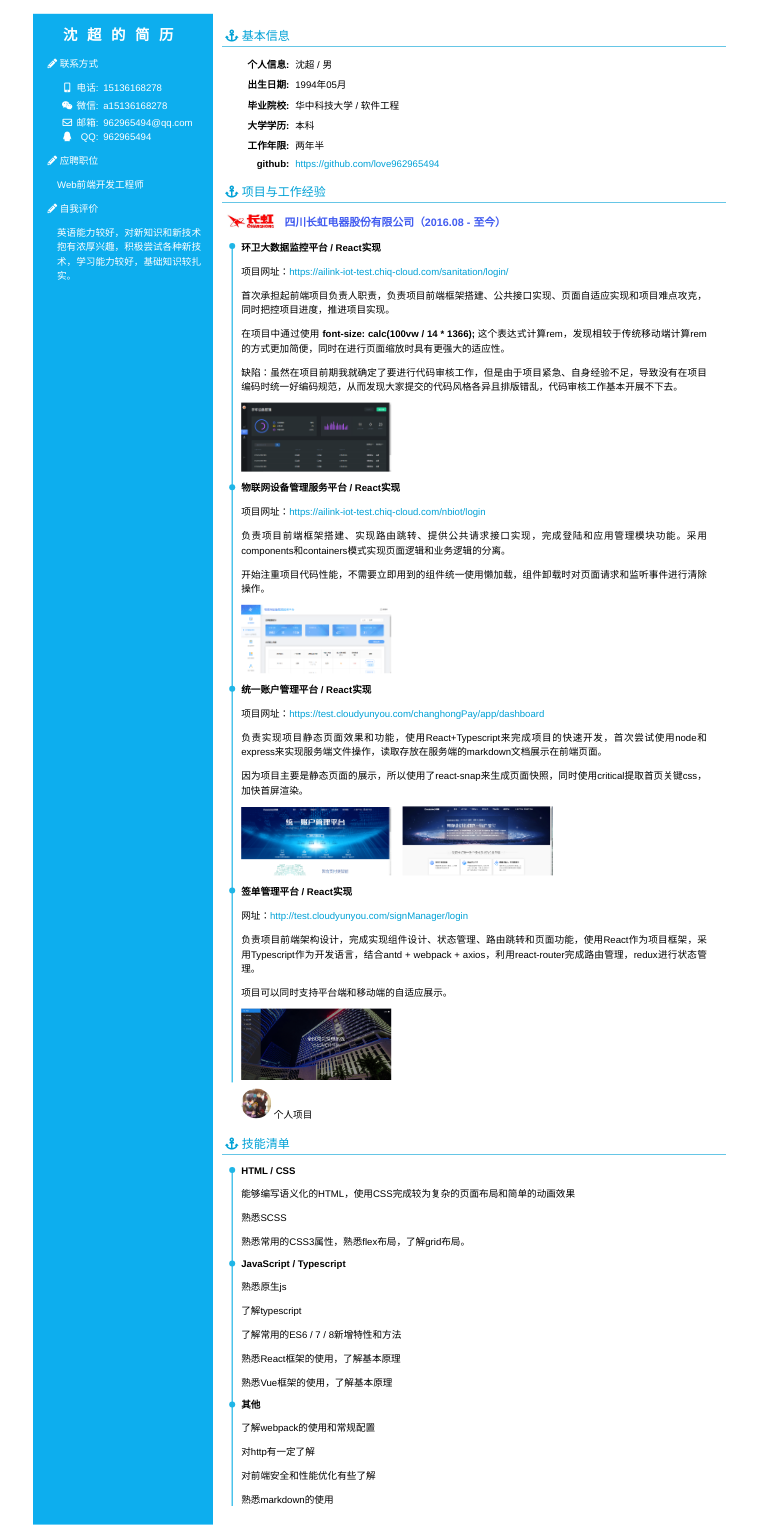
Repository: love962965494/my-resume
Page: index.html
These files come from the project's save history. The page is drawn as it stood at one moment and after the next save; the edit follows.
The browser window is 1280 px wide. The pictures show the whole page, at 60% of full size.
Some web libraries are served in a nearby version. The style sheet was rebuilt from its Sass, Less or Tailwind sources for each picture, by a compiler version that may differ from the author's.

Above is the page before, as saved 2019-03-27 15:00:09.

### index.html
<!DOCTYPE html>
<html lang="en">

<head>
  <meta charset="UTF-8">
  <meta name="viewport" content="width=device-width, initial-scale=1.0">
  <meta http-equiv="X-UA-Compatible" content="ie=edge">
  <title>沈超的简历</title>
  <link rel="stylesheet" href="https://use.fontawesome.com/releases/v5.0.10/css/all.css"
    integrity="sha384-+d0P83n9kaQMCwj8F4RJB66tzIwOKmrdb46+porD/OvrJ+37WqIM7UoBtwHO6Nlg" crossorigin="anonymous">
  <link rel="stylesheet" href="./styles/myResume.css">
</head>

<body>
  <div id="container" class="container">
    <!-- 左边栏 -->
    <aside class="content__left">
      <!-- 头像区域 -->
      <div class="content__left--title">
        <h1>沈超的简历</h1>
      </div>

      <!-- 联系方式区域 -->
      <div class="content__left--contact">
        <div class="title">
          <i class="fas fa-pencil-alt"></i>
          <span>联系方式</span>
        </div>
        <ul class="list">
          <li>
            <span>
              <i class="fas fa-mobile-alt"></i>
            </span>
            <span>电话:</span>
            <span>15136168278</span>
          </li>
          <li>
            <span>
              <i class="fab fa-weixin"></i>
            </span>
            <span>微信:</span>
            <span>a15136168278</span>
          </li>
          <li>
            <span>
              <i class="far fa-envelope"></i>
            </span>
            <span>邮箱:</span>
            <span>962965494@qq.com</span>
          </li>
          <li>
            <span>
              <i class="fab fa-qq"></i>
            </span>
            <span>QQ:</span>
            <span>962965494</span>
          </li>
        </ul>
      </div>

      <!-- 应聘职位区域 -->
      <div class="content__left--application">
        <span class="title">
          <i class="fas fa-pencil-alt"></i>
          <span>应聘职位</span>
        </span>
        <p class="job">Web前端开发工程师</p>
      </div>

      <!-- 个人评价区域 -->
      <div class="content__left--evaluation">
        <span class="title">
          <i class="fas fa-pencil-alt"></i>
          <span>自我评价</span>
        </span>
        <p class="evaluate">英语能力较好，对新知识和新技术抱有浓厚兴趣，积极尝试各种新技术，学习能力较好，基础知识较扎实。</p>
      </div>
    </aside>

    <!-- 右边栏 -->
    <div class="content__right">
      <!-- 基本信息 -->
      <div class="content__right--basic">
        <div class="header">
          <i class="fas fa-anchor"></i>
          <span>基本信息</span>
        </div>
        <ul class="list">
          <li>
            <span>个人信息:</span>
            <span>沈超 / 男</span>
          </li>
          <li>
            <span>出生日期:</span>
            <span>1994年05月</span>
          </li>
          <li>
            <span>毕业院校:</span>
            <span>华中科技大学 / 软件工程</span>
          </li>
          <li>
            <span>大学学历:</span>
            <span>本科</span>
          </li>
          <li>
            <span>工作年限:</span>
            <span>两年半</span>
          </li>
          <li>
            <span>github:</span>
            <span><a href="https://github.com/love962965494" target="_blank">https://github.com/love962965494</a></span>
          </li>
        </ul>
      </div>

      <!-- 项目经验 -->
      <div class="content__right--experience">
        <div class="header">
          <i class="fas fa-anchor"></i>
          <span>项目与工作经验</span>
        </div>
        <ul class="list">
          <li>
            <div class="work-type company">
              <img src="./image/changhong.jpg" alt="长虹Logo">
              <span>四川长虹电器股份有限公司（2016.08 - 至今）</span>
            </div>
            <ul class="work-experience-list">
              <li class="work__item">
                <div class="work__item--name">环卫大数据监控平台 / React实现</div>
                <div class="work__item--info">
                  <p>项目网址：<a target="_blank"
                      href="https://ailink-iot-test.chiq-cloud.com/sanitation/login/">https://ailink-iot-test.chiq-cloud.com/sanitation/login/</a>
                  </p>
                  <p>首次承担起前端项目负责人职责，负责项目前端框架搭建、公共接口实现、页面自适应实现和项目难点攻克，同时把控项目进度，推进项目实现。</p>
                  <p>在项目中通过使用 <strong>font-size: calc(100vw / 14 * 1366);</strong>
                    这个表达式计算rem，发现相较于传统移动端计算rem的方式更加简便，同时在进行页面缩放时具有更强大的适应性。
                  </p>
                  <p>缺陷：虽然在项目前期我就确定了要进行代码审核工作，但是由于项目紧急、自身经验不足，导致没有在项目编码时统一好编码规范，从而发现大家提交的代码风格各异且排版错乱，代码审核工作基本开展不下去。</p>
                </div>
                <div class="work__item--picture">
                  <img src="./image/sanitation.png" alt="环卫大数据监控平台实现效果图">
                </div>
              </li>
              <li class="work__item">
                <div class="work__item--name">物联网设备管理服务平台 / React实现</div>
                <div class="work__item--info">
                  <p>项目网址：<a target="_blank"
                      href="https://ailink-iot-test.chiq-cloud.com/nbiot/login">https://ailink-iot-test.chiq-cloud.com/nbiot/login</a>
                  </p>
                  <p>负责项目前端框架搭建、实现路由跳转、提供公共请求接口实现，完成登陆和应用管理模块功能。采用components和containers模式实现页面逻辑和业务逻辑的分离。</p>
                  <p>开始注重项目代码性能，不需要立即用到的组件统一使用懒加载，组件卸载时对页面请求和监听事件进行清除操作。</p>
                </div>
                <div class="work__item--picture">
                  <img src="./image/manage.png" alt="物联网设备管理服务平台实现效果图">
                </div>
              </li>
              <li class="work__item">
                <div class="work__item--name">统一账户管理平台 / React实现</div>
                <div class="work__item--info">
                  <p>项目网址：<a target="_blank"
                      href="https://test.cloudyunyou.com/changhongPay/app/dashboard">https://test.cloudyunyou.com/changhongPay/app/dashboard</a>
                  </p>
                  <p>
                    负责实现项目静态页面效果和功能，使用React+Typescript来完成项目的快速开发，首次尝试使用node和express来实现服务端文件操作，读取存放在服务端的markdown文档展示在前端页面。
                  </p>
                  <p>因为项目主要是静态页面的展示，所以使用了react-snap来生成页面快照，同时使用critical提取首页关键css，加快首屏渲染。</p>
                </div>
                <div class="work__item--picture">
                  <img src="./image//changhongPay1.png" alt="统一账户管理平台实现效果图">
                  <img src="./image//changhongPay2.png" alt="统一账户管理平台实现效果图">
                </div>
              </li>
              <li class="work__item">
                <div class="work__item--name">签单管理平台 / React实现</div>
                <div class="work__item--info">
                  <p>网址：<a target="_blank"
                      href="http://test.cloudyunyou.com/signManager/login">http://test.cloudyunyou.com/signManager/login</a>
                  </p>
                  <p>负责项目前端架构设计，完成实现组件设计、状态管理、路由跳转和页面功能，使用React作为项目框架，采用Typescript作为开发语言，结合antd
                    + webpack + axios，利用react-router完成路由管理，redux进行状态管理。</p>
                  <p>项目可以同时支持平台端和移动端的自适应展示。</p>
                </div>
                <div class="work__item--picture">
                  <img src="./image/signer.png" alt="签单管理平台实现效果图">
                </div>
              </li>
            </ul>
          </li>
          <li>
            <div class="work-type self">
              <img src="./image/userIcon.jpg" alt="用户头像">
              <span>个人项目</span>
            </div>
          </li>
        </ul>
      </div>

      <!-- 技能清单 -->
      <div class="content__right--skill">
        <div class="header">
          <i class="fas fa-anchor"></i>
          <span>技能清单</span>
        </div>
        <ul class="list">
          <li class="list__item">
            <div class="list__item--name">HTML / CSS</div>
            <div class="list__item--info">
              <p>能够编写语义化的HTML，使用CSS完成较为复杂的页面布局和简单的动画效果</p>
              <p>熟悉SCSS</p>
              <p>熟悉常用的CSS3属性，熟悉flex布局，了解grid布局。</p>
            </div>
          </li>
          <li class="list__item">
            <div class="list__item--name">JavaScript / Typescript</div>
            <div class="list__item--info">
              <p>熟悉原生js</p>
              <p>了解typescript</p>
              <p>了解常用的ES6 / 7 / 8新增特性和方法</p>
              <p>熟悉React框架的使用，了解基本原理</p>
              <p>熟悉Vue框架的使用，了解基本原理</p>
            </div>
          </li>
          <li class="list__item">
            <div class="list__item--name">其他</div>
            <div class="list__item--info">
              <p>了解webpack的使用和常规配置</p>
              <p>对http有一定了解</p>
              <p>对前端安全和性能优化有些了解</p>
              <p>熟悉markdown的使用</p>
            </div>
          </li>
        </ul>
      </div>
    </div>
  </div>
</body>

</html>

### styles/myResume.scss
@mixin text-center {
  text-align: center;
}

@mixin row {
  grid-column: 1 / span 12;
}

@media (min-width: 992px) {
  .container {
    width: 970px;
  }
}

@media (min-width: 1200px) {
  .container {
    width: 1170px;
  }
}

html {
  font-size: 16px;
}

a,
a:hover,
a:visited {
  color: #00A1D6;
  text-decoration: none;
}

ul {
  list-style: none;
}

.container {
  display: grid;
  grid-template-columns: minmax(200px, 300px) 1fr;
  padding: 15px;
  margin: auto;
  font-family: "Helvetica Neue", Helvetica, "PingFang SC", "Hiragino Sans GB", "Microsoft YaHei", "微软雅黑", Arial, sans-serif;
}

/* ----------------------------- 左边栏 ----------------------------- */

.content__left {
  display: grid;
  grid-template-columns: repeat(12, 1fr);
  grid-template-rows: repeat(4, min-content);
  background-color: #0daeee;
  color: #fff;
  &--title {
    @include row;
    @include text-center;
    margin: 15px 0 20px;
    &>h1 {
      margin: 0;
      white-space: nowrap;
      letter-spacing: 1rem;
    }
  }
  @mixin title {
    padding-left: 1.5rem;
  }
  &--contact {
    @include row();
    &>.title {
      @include title;
    }
    &>.list {
      &>li {
        display: grid;
        grid-template-columns: 1.5rem 3rem 1fr;
        align-items: baseline;
        margin: 5px;
        &>span:nth-of-type(1) {
          text-align: center;
        }
        &>span:nth-of-type(2) {
          text-align: right;
          padding-right: .5rem;
        }
      }
    }
  }
  &--application {
    @include row();
    &>.title {
      @include title;
    }
    &>.job {
      padding-left: 40px;
    }
  }
  &--evaluation {
    @include row();
    &>.title {
      @include title;
    }
    &>.evaluate {
      padding-left: 40px;
      padding-right: 1rem;
    }
  }
}

/* ----------------------------- 右边栏 ----------------------------- */

.content__right {
  padding: 15px;
  @mixin header {
    padding: 5px;
    border-bottom: 1px solid currentColor;
    color: #00A1D6;
    font-size: 20px;
  }
  &--basic {
    &>.header {
      @include header;
    }
    &>.list {
      padding: 0;
      &>li {
        margin: 10px 2rem;
        display: grid;
        grid-template-columns: 5rem 1fr;
        grid-column-gap: 10px;
        &>span:nth-of-type(1) {
          font-weight: 600;
          text-align: right;
          white-space: nowrap;
        }
      }
    }
  }
  &--experience {
    &>.header {
      @include header;
    }
    &>.list {
      padding: 0;
      &>li {
        margin: 10px 2rem;
        &>.company {
          display: flex;
          margin-bottom: 15px;
          align-items: center;
          img {
            width: 80px;
            margin-right: 1rem;
            margin-left: -1.5rem;
          }
          span {
            color: #425cf0;
            font-weight: 600;
            font-size: 18px;
            white-space: nowrap;
          }
        }
        &>.work-experience-list {
          padding: 0;
          position: relative;
          &::before {
            content: '';
            position: absolute;
            height: calc(100% - 10px);
            margin-left: -1rem;
            margin-top: 10px;
            border-left: 2px solid #1fb5e6;
          }
          .work__item {
            margin: 10px 0;
            &--name {
              font-weight: 600;
              &::before {
                content: '';
                position: absolute;
                width: 10px;
                height: 10px;
                margin-left: calc(-4px - 1rem);
                margin-top: .4rem;
                border-radius: 50%;
                background: #1fb5e6;
              }
            }
            &--info {
              &>p {
                text-align: justify;
              }
            }
            &--picture {
              img {
                width: 250px;
                margin-right: 15px;
              }
            }
          }
        }
        &>.self {
          img {
            border-radius: 50%;
            width: 50px;
            height: 50px;
          }
        }
      }
    }
  }
  &--skill {
    &>.header {
      @include header;
    }

    & > .list {
      padding: 0 2rem;
      position: relative;
      &::before {
        content: '';
        position: absolute;
        height: calc(100% - 5px);
        margin-left: -1rem;
        margin-top: 5px;
        border-left: 2px solid #1fb5e6;
      }

      .list__item {
        margin: 10px 0;
        &--name {
          font-weight: 600;
          line-height: 1.2rem;
          &::before {
            content: '';
            position: absolute;
            width: 10px;
            height: 10px;
            margin-left: calc(-4px - 1rem);
            margin-top: .3rem;
            border-radius: 50%;
            background: #1fb5e6;
          }
        }
      }
    }
  }
}

After the next save:
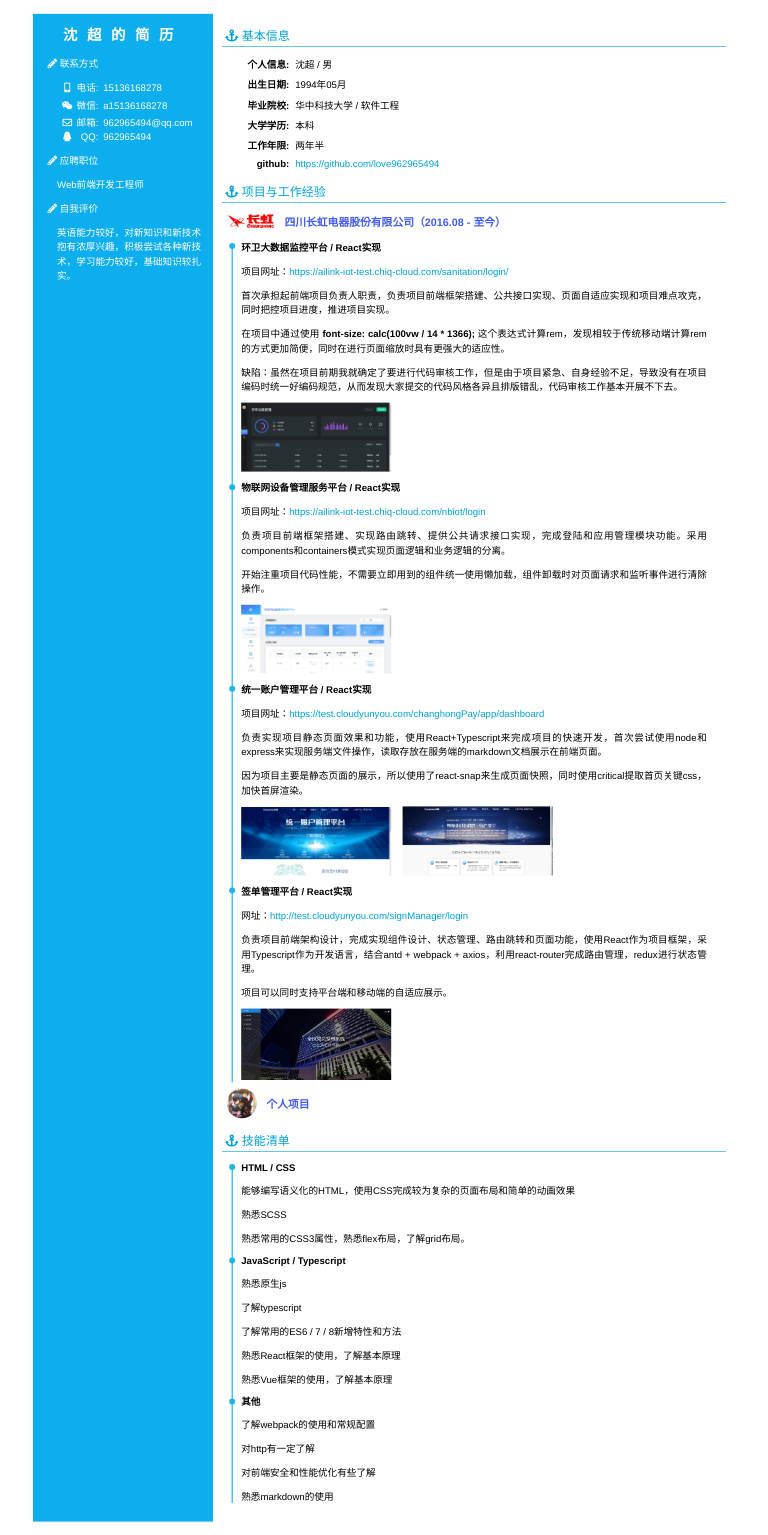
Saved 2 s later.
--- a/styles/myResume.scss
+++ b/styles/myResume.scss
@@ -141,7 +141,7 @@
       padding: 0;
       &>li {
         margin: 10px 2rem;
-        &>.company {
+        &>.work-type {
           display: flex;
           margin-bottom: 15px;
           align-items: center;
